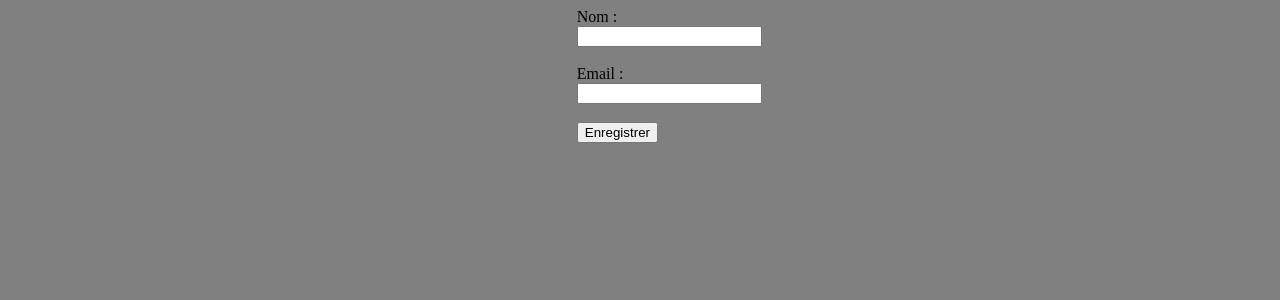
Repository: Haidara-97/TPJEE
Page: http://localhost/AppTest/
These files come from the project's save history. The page is drawn as it stood at one moment and after the next save; the edit follows.
The browser window is 1280 px wide. The pictures show the whole page.
The page is served by Tomcat 9. Other server files are loaded and not shown.

Above is the page before, as saved 2025-06-18 11:54:31.

### AppTest/src/main/webapp/index.jsp
<%@ page language="java" contentType="text/html; charset=UTF-8"
    pageEncoding="UTF-8"%>
<!DOCTYPE html>
<html>
<head>
<meta charset="UTF-8">
<title>Insert title here</title>
<style>
body{
display: flex;
background-color: gray;
align-items: center;
}
.form{
width: 60px;
height: 30px;
margin-left:45%;
}

</style>
</head>
<body >
<div class="form" >
<form action="UserServlet" method="POST">
<label for=nom > Nom :</label><br>
        <input type="text" id="nom" name="nom"><br><br>
<label for=email> Email :</label> <br>
        <input type="text" id= "email" name="email"><br><br>
        <input type = "submit" id="button" value= Enregistrer>
</form>
</div>
</body>
</html>

After the next save:
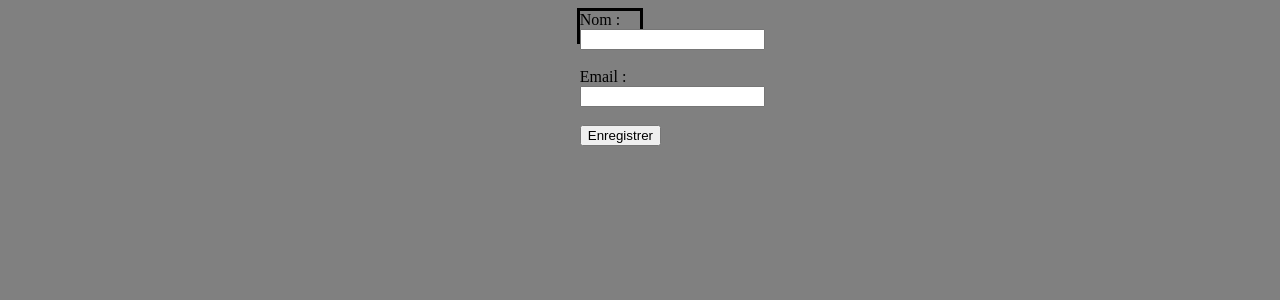
Saved 46 s later.
--- a/AppTest/src/main/webapp/index.jsp
+++ b/AppTest/src/main/webapp/index.jsp
@@ -15,6 +15,7 @@ align-items: center;
 width: 60px;
 height: 30px;
 margin-left:45%;
+border:solid;
 }
 
 </style>
